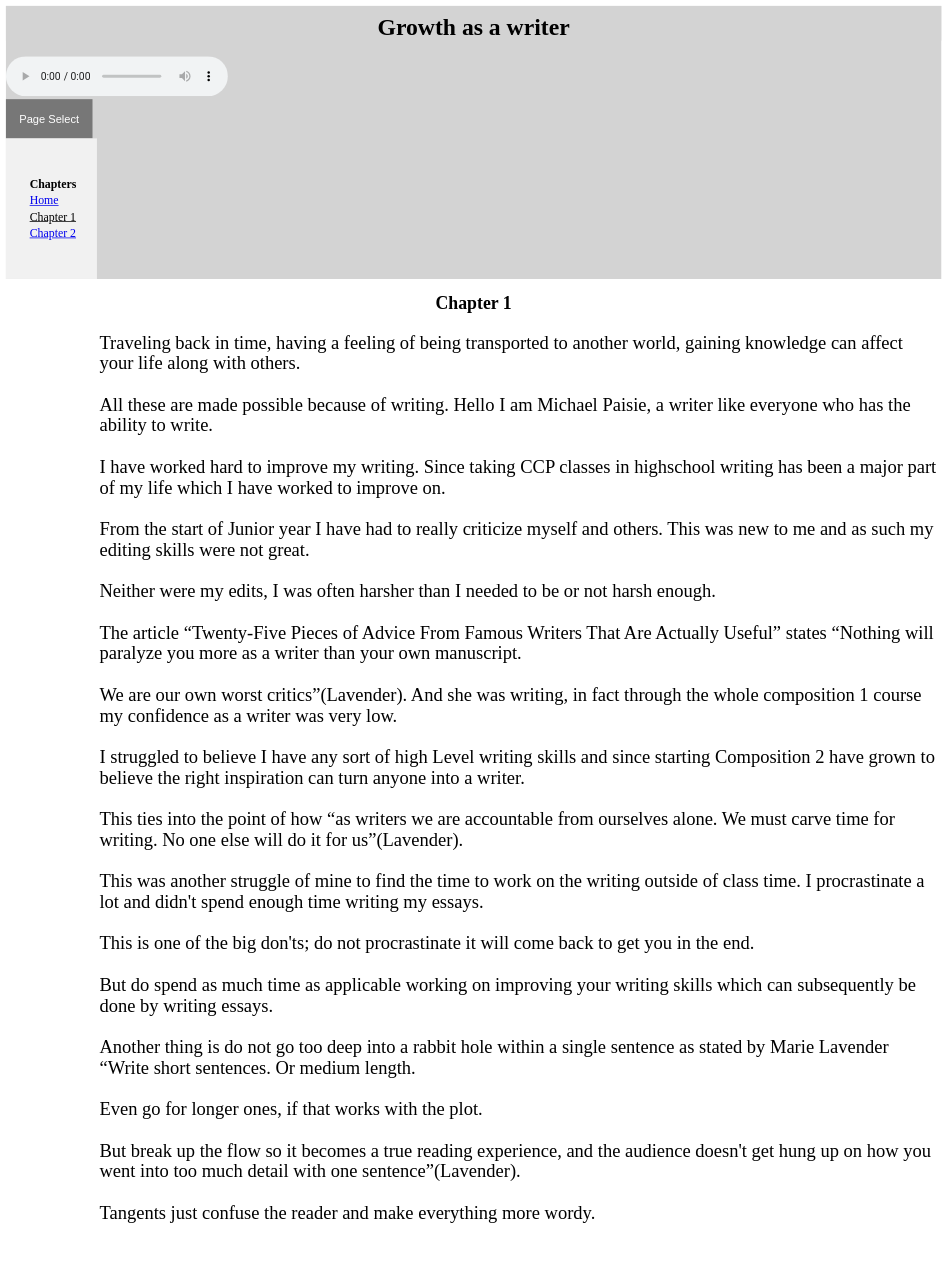
Repository: jpaisiem/WP-4
Page: Chapter1.html
An editor plug-in stored every save of this project. The page is shown before and after the next save, followed by the edit.
The browser window is 1280 px wide. The pictures show the whole page, at 74% of full size.

Above is the page before, as saved 2025-05-01 11:39:07.
Console error: TypeError: Cannot read properties of undefined (reading 'toggle')

### Chapter1.html
<!DOCTYPE html>
<html>
<head>
<meta name="viewport" content="width=device-width, initial-scale=1">
<style>
.collapsible {
  background-color: #777;
  color: white;
  cursor: pointer;
  padding: 18px;
  width: fit-content;
  border: none;
  text-align: left;
  outline: none;
  font-size: 15px;
}

.active, .collapsible:hover {
  background-color: #555;
}

.content {
  display: flex;
  flex-direction: column;
  overflow: hidden;
  background-color: #f1f1f1;
  width: fit-content;
  height: fit-content;
  padding-left: 2.3%;
  padding-right: 2%;
}
p
{
 font-size: 25px;
 text-align: left;
 margin-left: 10%;
}
</style>
<title>Growth as a writer - Chapter 1</title>
</head>
<body>
    <div style="background-color: lightgray; display: flex; flex-direction: column; margin-top: 0%;">
        <h1 style="text-align: center; background-color: lightgray; padding-top: 10px; margin-top: 0%;">Growth as a writer</h1>
         <div style="align-items: center;">
        <audio controls>
            <source src="audio.mp3" type="audio/mpeg">
        </audio>
        </div>
<button type="button" class="collapsible">Page Select</button>
<div class="content">
  <p><table>
    <tr>
        <th>Chapters</th>
    </tr>
    <tr>
        <td><a href="index.html">Home</a></td>
    </tr>
    <tr>
        <td><a href="Chapter1.html" style="color: black;">Chapter 1</a></td>
    </tr>
     <tr>
        <td><a href="Chapter2.html">Chapter 2</a></td>
    </tr>
  </table></p>
</div>
    </div>
<div style="text-align: center;">
     <h2 style="text-align: center;">Chapter 1</h2>
     <p>Traveling back in time, having a feeling of being transported to another world, gaining knowledge can affect your life along with others. <br><br>
      All these are made possible because of writing. Hello I am Michael Paisie, a writer like everyone who has the ability to write. <br><br>
      I have worked hard to improve my writing. Since taking CCP classes in highschool writing has been a major part of my life which I have worked to improve on. <br><br>
      From the start of Junior year I have had to really criticize myself and others. This was new to me and as such my editing skills were not great. <br><br>
      Neither were my edits, I was often harsher than I needed to be or not harsh enough. <br><br>
      The article <q>Twenty-Five Pieces of Advice From Famous Writers That Are Actually Useful</q> states <q>Nothing will paralyze you more as  a writer than your own manuscript. <br><br>
      We are our own worst critics</q>(Lavender). And she was writing, in fact through the whole composition 1 course my confidence as a writer was very low. <br><br>
      I struggled to believe  I have any sort of high Level writing skills and since starting Composition 2 have grown to believe the right inspiration can turn anyone into a writer. <br><br>
      This ties into the point of how <q>as writers we are accountable from ourselves alone. We must carve time for writing. No one else will do it for us</q>(Lavender). <br><br>
      This was another struggle of mine to find the time to work on the writing outside of class time. I procrastinate a lot and didn't spend enough time writing my essays. <br><br>
      This is one of the big don'ts; do not procrastinate it will come back to get you in the end. <br><br>
      But do spend as much time as applicable working on improving your writing skills which can subsequently be done by writing essays. <br><br>
      Another thing is do not go too deep into a rabbit hole within a single sentence as stated by Marie Lavender <q>Write short sentences. Or medium length. <br><br>
      Even go for longer ones, if that works with the plot. <br><br>
      But break up the flow so it becomes a true reading experience, and the audience doesn't get hung up on how you went into too much detail with one sentence</q>(Lavender). <br><br>
      Tangents just confuse the reader and make everything more wordy.</p><br><br>
</div>
<script>
var coll = document.getElementsByClassName("collapsible");
var i;

for (i = 0; i < coll.length; i++) {
  coll[i].addEventListener("click", function() {
    this.classList.toggle("active");
    var content = this.nextElementSibling;
    if (content.style.display === "block") {
      content.style.display = "none";
    } else {
      content.style.display = "block";
    }
  });
}
if(location.reload){
    this.classList.toggle("collapsible");
}
</script>

</body>
</html>

After the next save:
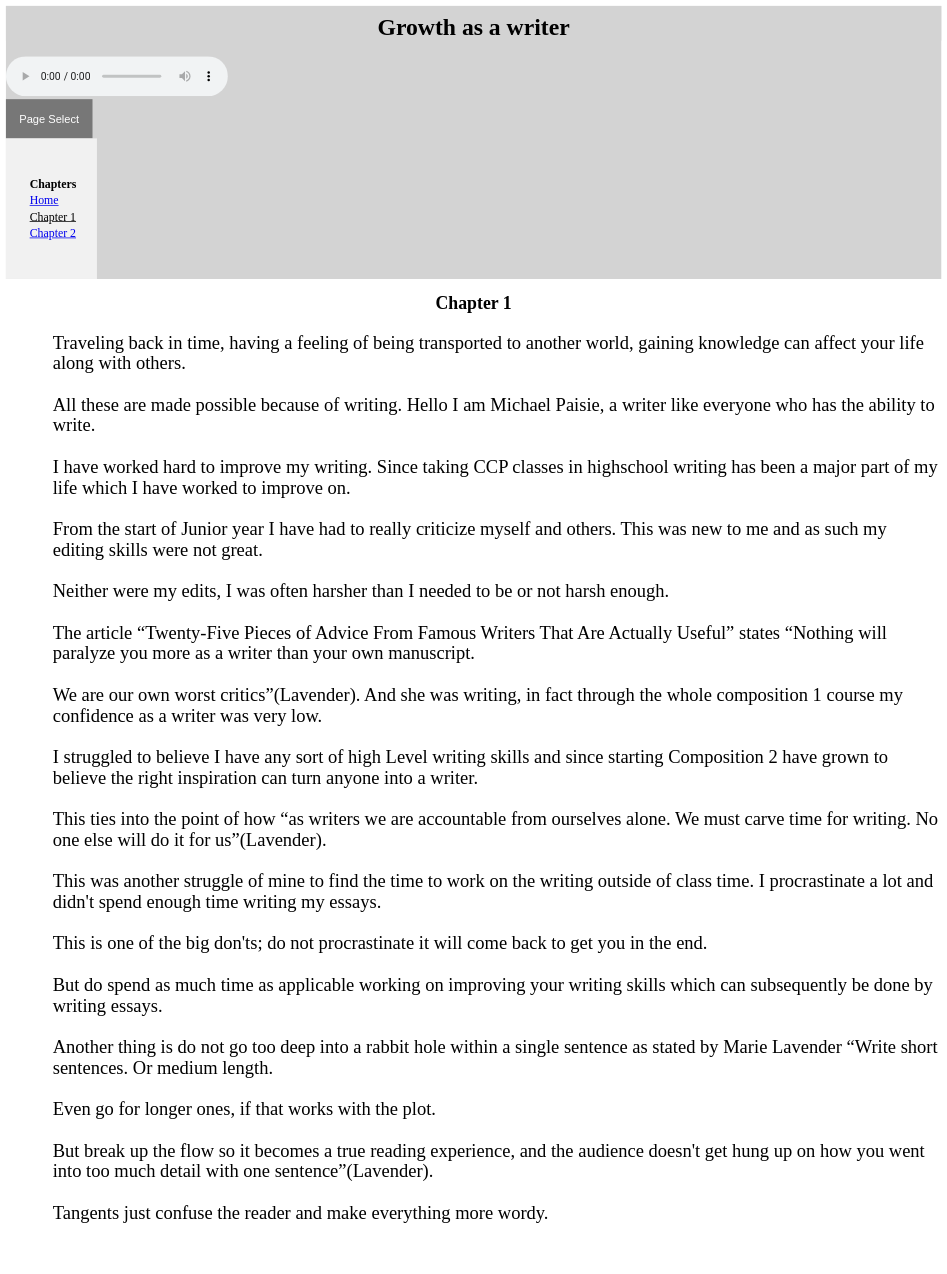
Saved 7 s later.
--- a/Chapter1.html
+++ b/Chapter1.html
@@ -33,7 +33,7 @@ p
 {
  font-size: 25px;
  text-align: left;
- margin-left: 10%;
+ margin-left: 5%;
 }
 </style>
 <title>Growth as a writer - Chapter 1</title>
